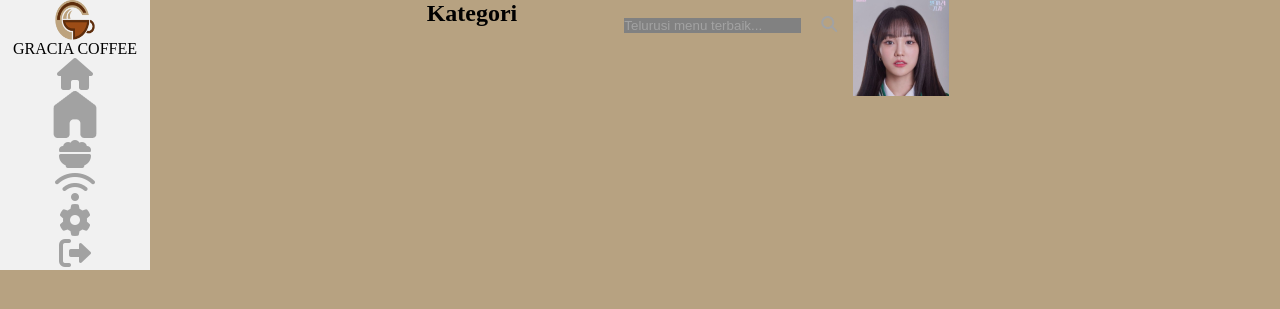
Repository: DanielChuaaa/sbd2
Page: index.html
These files come from the project's save history. The page is drawn as it stood at one moment and after the next save; the edit follows.
The browser window is 1280 px wide. The pictures show the whole page.
Some web libraries are served in a nearby version.

Above is the page before, as saved 2023-10-20 10:22:04.

After the next save:
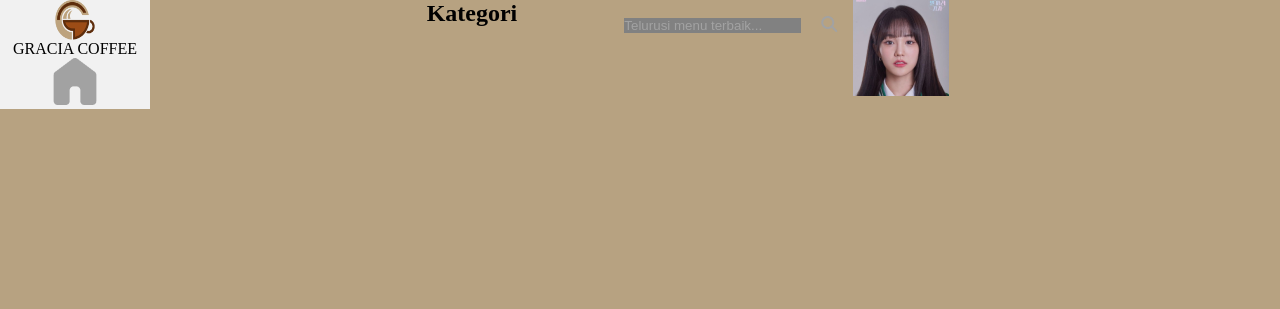
Saved 52 s later.
--- a/index.html
+++ b/index.html
@@ -20,12 +20,11 @@
             <div class="icon">
                 <img src="/assets/logo projek SBD 1.png" width="40px" height="40px" alt="logo">
                 <p>GRACIA COFFEE</p>
-                <a href="#"><i class="fa-solid fa-house fa-2xl"></i></a>
-                <img src="/assets/home.png" alt="">
-                <a href="#"><i class="fa-solid fa-bowl-food fa-2xl"></i></a>
-                <a href="#"><i class="fa-solid fa-wifi fa-2xl"></i></a>
-                <a href="#"><i class="fa-solid fa-gear fa-2xl"></i></a>
-                <a href="#"><i class="fa-solid fa-right-from-bracket fa-2xl"></i></a>
+                <a href="#">
+
+                    <img src="/assets/home.png" alt="home">
+                </a>
+
             </div>
 
             <div class="content">
